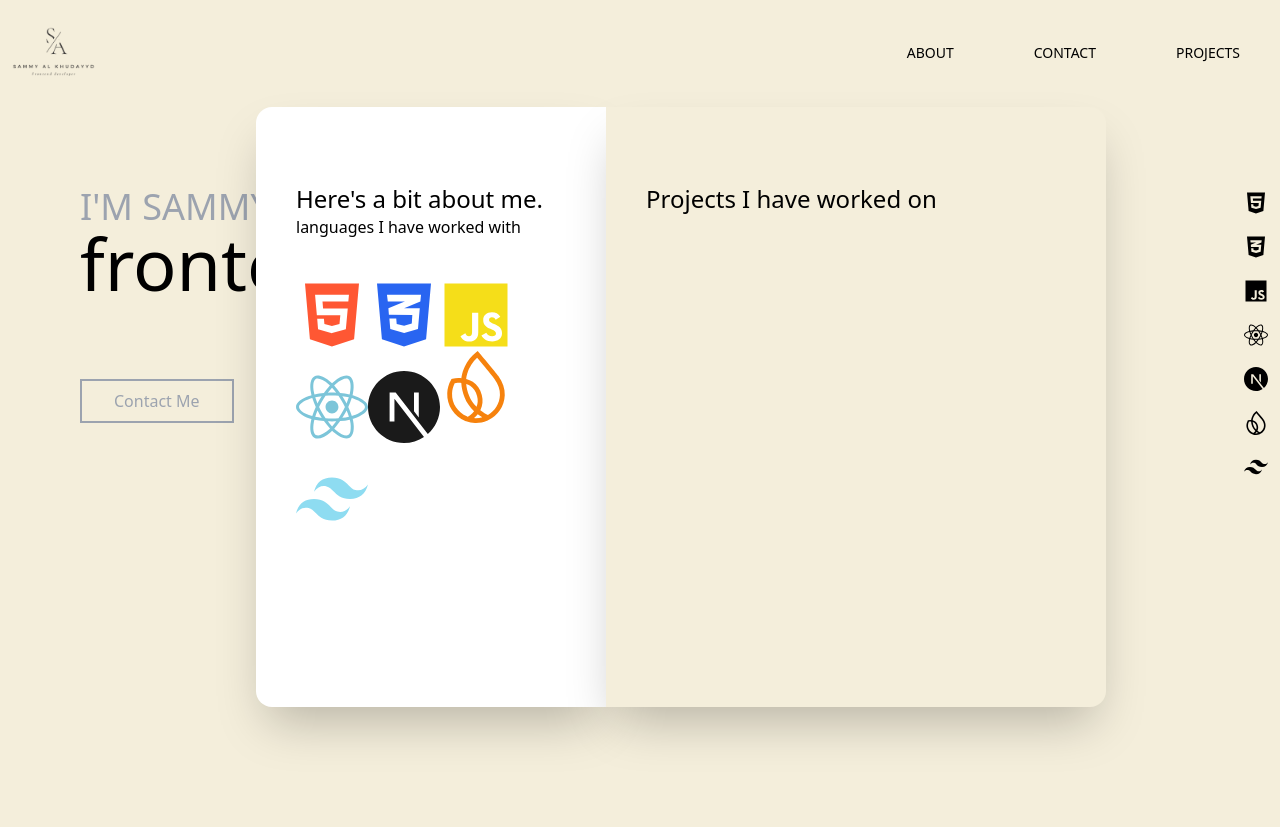
Repository: Al123Kudayyd/myportfolio
Page: /
These files come from the project's save history. The page is drawn as it stood at one moment and after the next save; the edit follows.
The browser window is 1280 px wide. The pictures show the whole page.
The project was rebuilt for these pictures with package versions that can differ from the ones it lists, and the page was loaded fresh each time. Also part of the build but not shown: src/components/model.js.

Above is the page before, as saved 2024-02-21 14:13:20.

### src/App.js
import Main from './components/Main';
import Nav from './components/Nav';
import Model from './components/Model'


function App() {
  return (
    <div className=" ">
      <Nav />
      <Main />

    </div>
  );
}

export default App;

### src/components/Main.jsx
import React, { useState } from 'react'
import Model from './Model'
import { LiaTimesSolid } from "react-icons/lia";
import { FaHtml5, FaReact } from "react-icons/fa";
import { FaCss3Alt } from "react-icons/fa6";
import { IoLogoJavascript } from "react-icons/io5";
import { SiNextdotjs } from "react-icons/si";
import { SiFirebase } from "react-icons/si";
import { SiTailwindcss } from "react-icons/si";
import Projects from './Projects';


function Main() {
    const [openModal, setOpenModal] = useState(false)
  return (
    <div className='relative'>
    <div className='bg-[#f4eedb] relative h-screen'>
        <div className='-z-10 pl-20 pt-20 '>
            <h1 className=''><span className='text-gray-400 font-extralight text-4xl'>I'M SAMMY AND I'M A</span>
            <br /><span className='text-7xl'>frontend developer.</span></h1>
            <button className='mt-20 border-gray-400 border-2 text-gray-400 py-2 px-8 hover:bg-gray-400 hover:text-[#f4eedb]
            transition-all duration-300'
            onClick={() => setOpenModal(true)}>
                Contact Me</button>
        </div>

    </div>
    {
        openModal && <Model btn={<LiaTimesSolid onClick={() => setOpenModal(false)} />} />
    }
    <div className='absolute top-[10%] right-0 text-2xl space-y-5 m-3'>
            <FaHtml5 />
            <FaCss3Alt />
            <IoLogoJavascript />
            <FaReact />
            <SiNextdotjs />
            <SiFirebase />
            <SiTailwindcss />
        </div>
        <Projects className='' />
    </div>
  )
}

export default Main

### src/components/Nav.jsx
import React from 'react'
import logo from '../assets/logo.png'
import { LiaBarsSolid } from "react-icons/lia";

function Nav({ }) {
  return (
    <div className='bg-[#f4eedb] relative'>
        <div className='flex justify-between items-center'>
            <img src={logo} className="w-[20%] md:w-1/12 " />
            <LiaBarsSolid className='sm:hidden text-3xl mr-5 hover:text-gray-400 cursor-pointer active:scale-[.85] transition-all duration-300' />
            <ul className='hidden sm:flex font-extralight text-sm '>
                <li className='px-10 cursor-pointer hover:text-gray-400 transition-all duration-300'>ABOUT</li>
                <li className='px-10 cursor-pointer hover:text-gray-400 transition-all duration-300'>CONTACT</li>
                <li className='px-10 cursor-pointer hover:text-gray-400 transition-all duration-300'>PROJECTS</li>
            </ul>
        </div>



    </div>
  )
}

export default Nav

### src/components/Projects.jsx
import React from 'react'
import { FaHtml5, FaReact } from "react-icons/fa";
import { FaCss3Alt } from "react-icons/fa6";
import { IoLogoJavascript } from "react-icons/io5";
import { SiNextdotjs } from "react-icons/si";
import { SiFirebase } from "react-icons/si";
import { SiTailwindcss } from "react-icons/si";

function Projects() {
  return (
    <div className='absolute top-0 left-[20%]'>
        <div className='flex justify-center items-center'>
            <div className='shadow-2xl bg-white w-[350px] h-[600px] rounded-l-2xl'>
                <div className='px-[40px] py-[76px] '>
                    <h1 className='text-2xl'>Here's a bit about me.</h1>
                    <h3 className='text-md '>languages I have worked with</h3>
                    <div className='flex flex-wrap my-10 text-7xl'>
                        <FaHtml5 className='text-[#FF5733]' />
                        <FaCss3Alt className='text-[#2965F1]' />
                        <IoLogoJavascript className='text-[#F5DE19]' />
                        <FaReact className='text-[#7CC5D9] my-5' />
                        <SiNextdotjs className='text-[#1a1a1a] my-5' />
                        <SiFirebase className='text-[#F6820D]' />
                        <SiTailwindcss className='text-[#8edcf1]' />
                    </div>
                </div>

            </div>
            <div className='shadow-2xl bg-[#f4eedb] w-[500px] h-[600px] rounded-r-2xl '>
                <div className='px-[40px] py-[76px]'>
                    <h1 className='text-2xl'>Projects I have worked on</h1>
                </div>

            </div>
        </div>
    </div>
  )
}

export default Projects

### tailwind.config.js
/** @type {import('tailwindcss').Config} */
module.exports = {
  content: [
    "./src/components/Nav.{js,jsx,ts,tsx}",
    "./src/components/Main.{js,jsx,ts,tsx}",
    "./src/components/App.{js,jsx,ts,tsx}",
    "./src/components/Model.{js,jsx,ts,tsx}",
    "./src/components/Projects.{js,jsx,ts,tsx}"
  ],
  theme: {
    extend: {},
  },
  plugins: [],
}

Loaded but not shown: public/index.html (common file); src/index.js (common file); src/index.css (common file); src/reportWebVitals.js (common file)

After the next save:
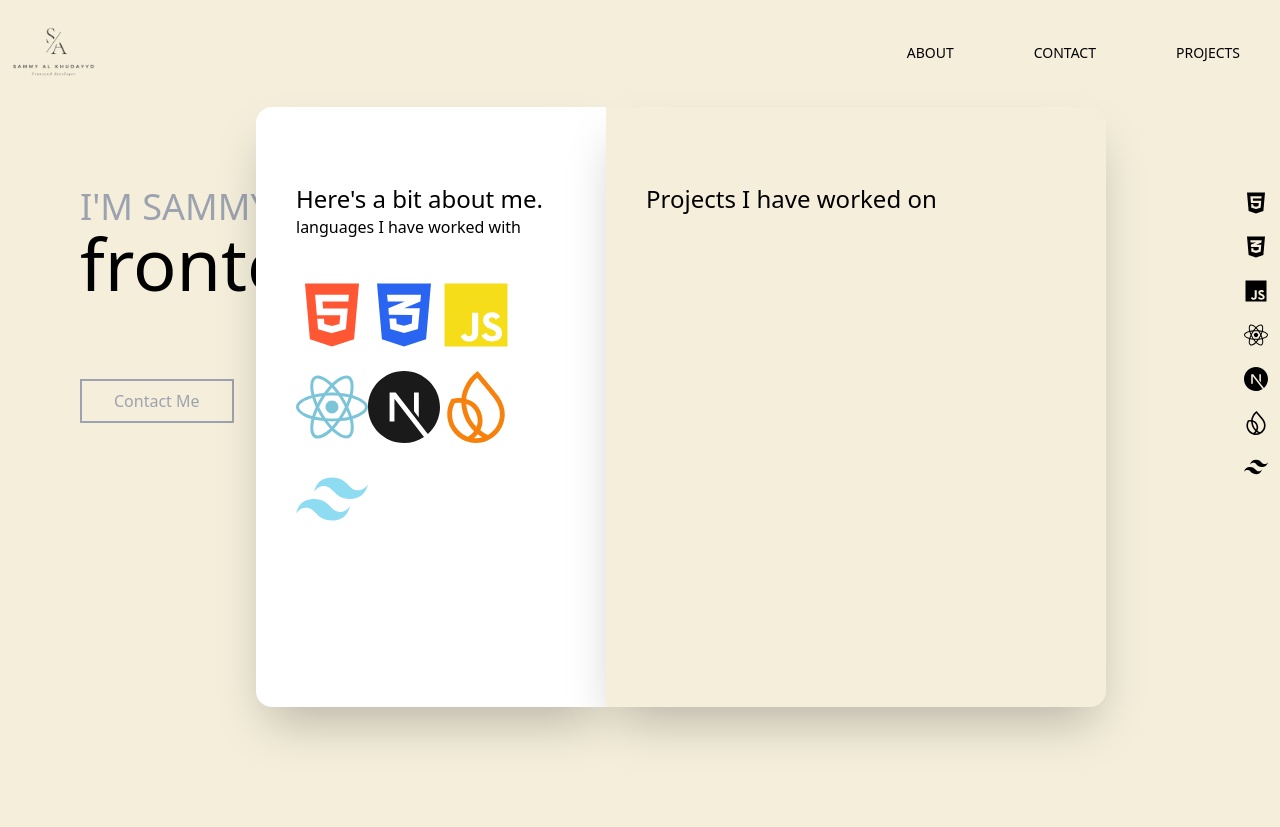
Saved 7 s later.
--- a/src/components/Projects.jsx
+++ b/src/components/Projects.jsx
@@ -20,7 +20,7 @@ function Projects() {
                         <IoLogoJavascript className='text-[#F5DE19]' />
                         <FaReact className='text-[#7CC5D9] my-5' />
                         <SiNextdotjs className='text-[#1a1a1a] my-5' />
-                        <SiFirebase className='text-[#F6820D]' />
+                        <SiFirebase className='text-[#F6820D] my-5' />
                         <SiTailwindcss className='text-[#8edcf1]' />
                     </div>
                 </div>
